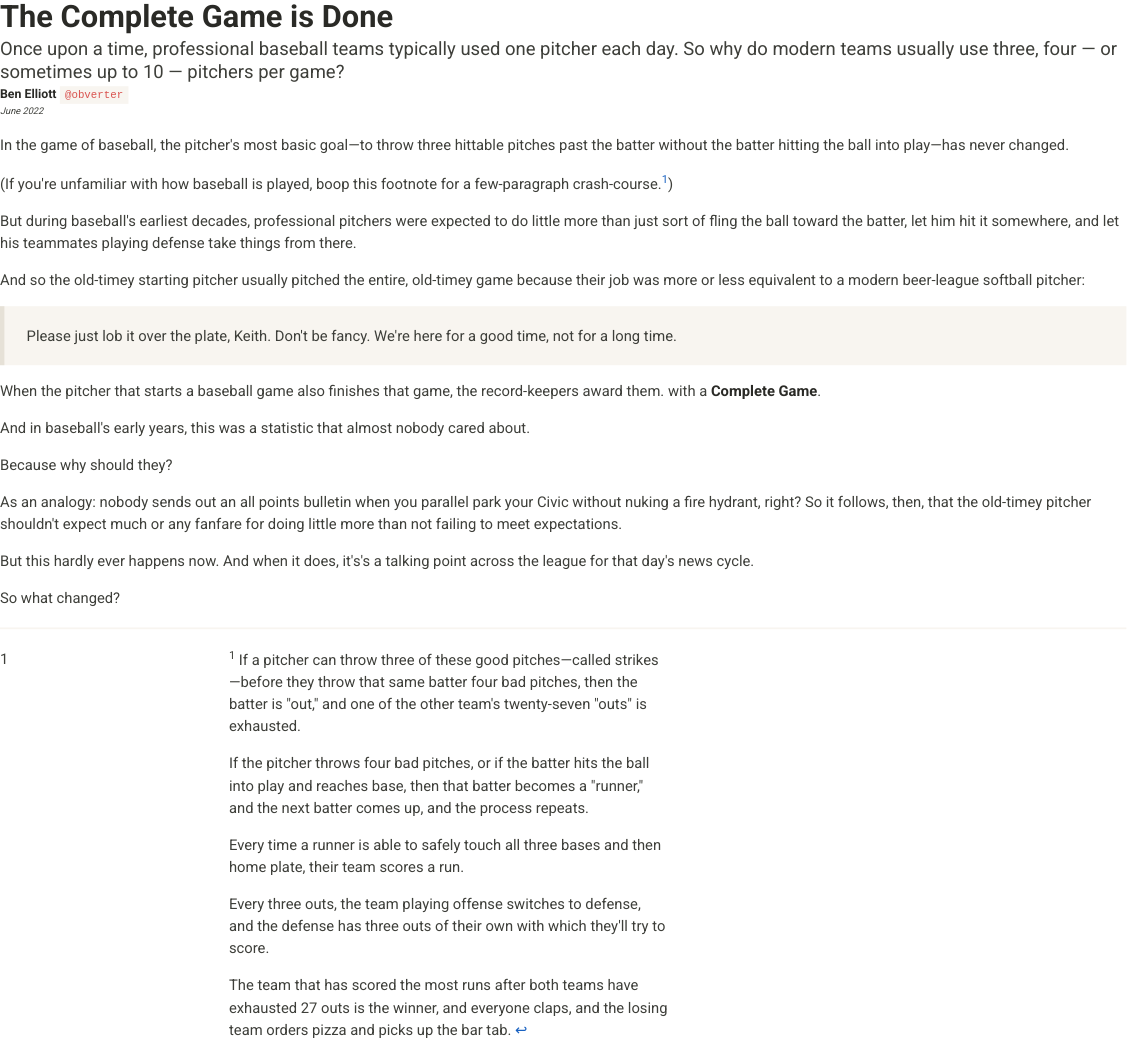
Repository: obverter/complete-games-are-done
Page: index.html
The author's editor kept a copy of each file at every save. The page is drawn from the files as they stood at one save, then again after the next save.
The browser window is 1280 px wide. The page is 1291 px wide, so the pictures cover 1291 px, including what lies to the right of the window. The pictures show the whole page, at 88% of full size.

Above is the page before, as saved 2022-06-25 07:59:05.

### index.html
<!DOCTYPE html>
<html>
    <head>
        <meta charset="utf-8" />
        <meta name="viewport" content="width=device-width, initial-scale=1" />
        <title>Complete Games Are Done</title>
        <!-- todo: Title above is the text in the browser tab. -->
        <link rel="stylesheet" href="docs/bulmaswap.min.css" />
    </head>

    <body>
        <h1 class="title is-2">The Complete Game is Done</h1>
        <!-- todo: Title above is the Content title. -->
        <p class="subtitle is-4">
            Once upon a time, professional baseball teams typically used one
            pitcher each day. So why do modern teams usually use three, four —
            or sometimes up to 10 — pitchers per game?
            <!-- todo: Subtitle above is the Content subtitle. -->
        </p>

        <h6 class="title is-6">Ben Elliott <code>@obverter</code></h6>
        <h6 class="subtitle is-7"><em>June 2022</em></h6>
        <div class="content">
            <p>
                In the game of baseball, the pitcher's most basic goal—to throw
                three hittable pitches past the batter without the batter
                hitting the ball into play—has never changed.
            </p>
            <p>
                (If you're unfamiliar with how baseball is played, boop this
                footnote for a few-paragraph crash-course.<sup
                    ><a href="#fn1" id="ref1">1</a></sup
                >)
            </p>
            <p>
                But during baseball's earliest decades, professional pitchers
                were expected to do little more than just sort of fling the ball
                toward the batter, let him hit it somewhere, and let his
                teammates playing defense take things from there.
            </p>
            <p>
                And so the old-timey starting pitcher usually pitched the
                entire, old-timey game because their job was more or less
                equivalent to a modern beer-league softball pitcher:
            </p>
            <blockquote>
                Please just lob it over the plate, Keith. Don't be fancy. We're
                here for a good time, not for a long time.
            </blockquote>
            <p>
                When the pitcher that starts a baseball game also finishes that
                game, the record-keepers award them. with a
                <strong>Complete Game</strong>.
            </p>
            <p>
                And in baseball's early years, this was a statistic that almost
                nobody cared about.
            </p>
            <p>Because why should they?</p>
            <p>
                As an analogy: nobody sends out an all points bulletin when you
                parallel park your Civic without nuking a fire hydrant, right?
                So it follows, then, that the old-timey pitcher shouldn't expect
                much or any fanfare for doing little more than not failing to
                meet expectations.
            </p>
            <p>
                But this hardly ever happens now. And when it does, it's's a
                talking point across the league for that day's news cycle.
            </p>
            <p>So what changed?</p>
            <hr />
            <!-- todo: FOOTNOTES -->

            <div class="columns is-small">
                <div class="column is-one-fifth">1</div>
                <!-- todo: ↘ FOOTNOTES GO HERE ↙ -->
                <div class="column is-two-fifths">
                    <p>
                        <sup>1</sup> If a pitcher can throw three of these good
                        pitches—called strikes—before they throw that same
                        batter four bad pitches, then the batter is "out," and
                        one of the other team's twenty-seven "outs" is
                        exhausted.
                    </p>
                    <p>
                        If the pitcher throws four bad pitches, or if the batter
                        hits the ball into play and reaches base, then that
                        batter becomes a "runner," and the next batter comes up,
                        and the process repeats.
                    </p>
                    <p>
                        Every time a runner is able to safely touch all three
                        bases and then home plate, their team scores a run.
                    </p>
                    <p>
                        Every three outs, the team playing offense switches to
                        defense, and the defense has three outs of their own
                        with which they'll try to score.
                    </p>
                    <p>
                        The team that has scored the most runs after both teams
                        have exhausted 27 outs is the winner, and everyone
                        claps, and the losing team orders pizza and picks up the
                        bar tab.
                        <a
                            href="#ref1"
                            title="Jump back to footnote 1 in the text."
                            >↩</a
                        >
                    </p>
                </div>
            </div>

            <!-- <div class="column">3</div>
            <div class="column">4</div>
            <div class="column">5</div> -->
        </div>
    </body>
</html>

Loaded but not shown: docs/bulmaswap.min.css (library)

After the next save:
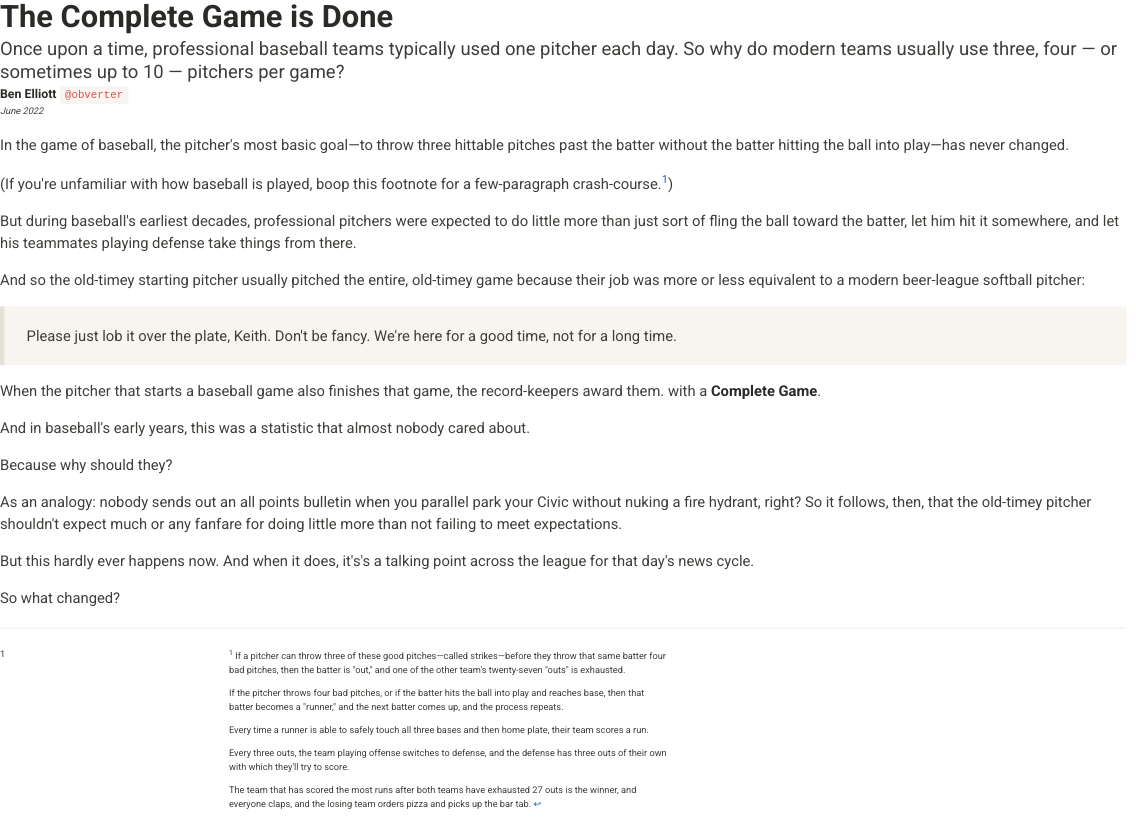
Saved 17 s later.
--- a/index.html
+++ b/index.html
@@ -72,7 +72,7 @@
             <hr />
             <!-- todo: FOOTNOTES -->
 
-            <div class="columns is-small">
+            <div class="columns is-size-7">
                 <div class="column is-one-fifth">1</div>
                 <!-- todo: ↘ FOOTNOTES GO HERE ↙ -->
                 <div class="column is-two-fifths">
